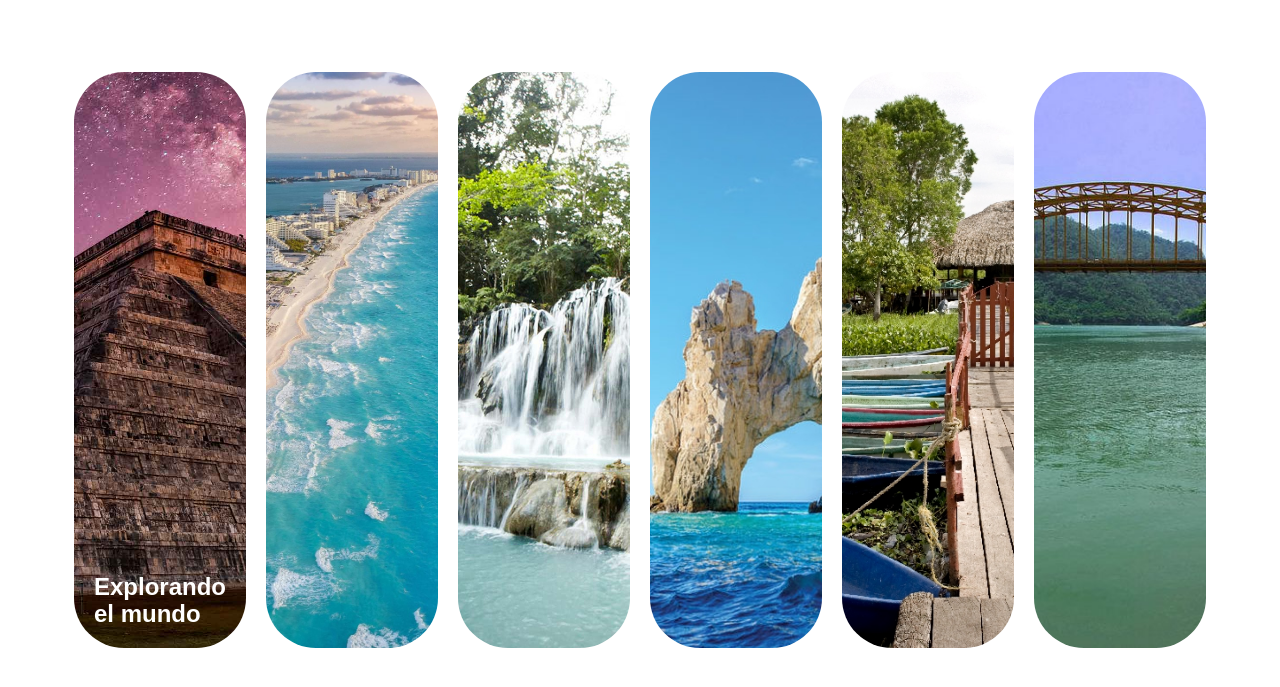
Repository: ElideZavala/Tarjetas-de-Imagenes
Page: index.html
An editor plug-in stored every save of this project. The page is shown before and after the next save, followed by the edit.
The browser window is 1280 px wide. The pictures show the whole page.
Some web fonts or font styles are not loaded; a fallback is used.

Above is the page before, as saved 2021-05-27 09:49:27.
Not found: script.js

### index.html
<!DOCTYPE html>
<html lang="es">
<head>
	<meta charset="UTF-8">
	<meta http-equiv="X-UA-Compatible" content="IE=edge">
	<meta name="viewport" content="width=device-width, initial-scale=1.0">
	<!-- <link rel="stylesheet" href="https://cdnjs.cloudflare.com/ajax/libs/font-awesome/5.15.3/css/all.min.css" integrity="sha512-iBBXm8fW90+nuLcSKlbmrPcLa0OT92xO1BIsZ+ywDWZCvqsWgccV3gFoRBv0z+8dLJgyAHIhR35VZc2oM/gI1w==" crossorigin="anonymous" referrerpolicy="no-referrer" /> -->
	<title>Fotos e Imagenes</title>
	<link rel="stylesheet" href="normalize.css">
	<link rel="stylesheet" href="./style.css">
</head>
<body>
	<div class="container">
		<div class="panel active" style="background-image: url(./assets/imagenes/piramide\ maya.jpg);">
			<h3>Explorando el mundo</h3>
		</div>
		<div class="panel" style="background-image: url(./assets/imagenes/cancun.jpg);">
			<h3>Cancun</h3>
		</div>
		<div class="panel" style="background-image: url(./assets/imagenes/cascadas-de-agua-blanca.jpg);">
			<h3>cascadas-de-agua-blanca</h3>
		</div>
		<div class="panel" style="background-image: url(./assets/imagenes/los-cabos.jpg);">
			<h3>Los cabos</h3>
		</div>
		<div class="panel" style="background-image: url(./assets/imagenes/TabascoHome3_960x651.jpg);">
			<h3>Tabasco</h3>
		</div>
		<div class="panel" style="background-image: url(./assets/imagenes/750b9860b1989270fb537fbceb1adcf2.jpg);">
			<h3>Algun lugar</h3>
		</div>

	</div>

	<script src="script.js"></script>
</body>
</html>

### style.css
@import url('https://fonts.googleapis.com/css?family=Muli&display=swap');

* {
	box-sizing: border-box;
}

body {
	font-family: 'Muli', sans-serif;
	display: flex;
	flex-direction: column;
	align-items: center;
	justify-content: center;
	height: 100vh;
	overflow: hidden;
	margin: 0;
}

.container {
	display: flex;
	width: 90vw;
}

.panel {
	background-size: cover;
	background-position: center;
	background-repeat: no-repeat;
	height: 80vh;
	border-radius: 50px;
	color: #fff;
	cursor: pointer;
	flex: 0.5;
	margin: 10px;
	position: relative;
	transition: flex 0.7s ease-in;
}

.panel h3 {
	font-size: 24px;
	position: absolute;
	bottom: 20px;
	left: 20px;
	margin: 0;
	opacity: 0;
}

.panel:hover {
	flex: 5;
}

.panel.active h3 {
	opacity: 1;
}

@media (max-width: 480px) {
	.container {
		width: 100vw;
	}
}

Loaded but not shown: normalize.css (library)

After the next save:
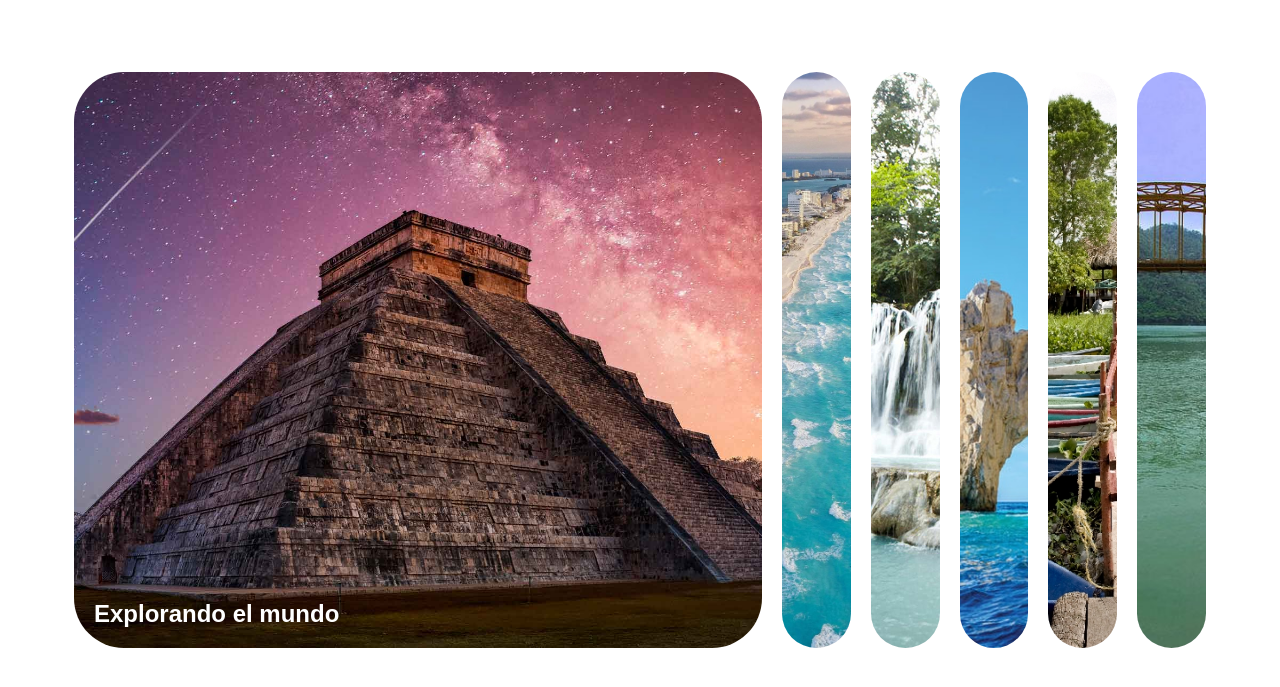
Saved 35 s later.
--- a/style.css
+++ b/style.css
@@ -43,7 +43,7 @@ body {
 	opacity: 0;
 }
 
-.panel:hover {
+.panel.active {
 	flex: 5;
 }
 
